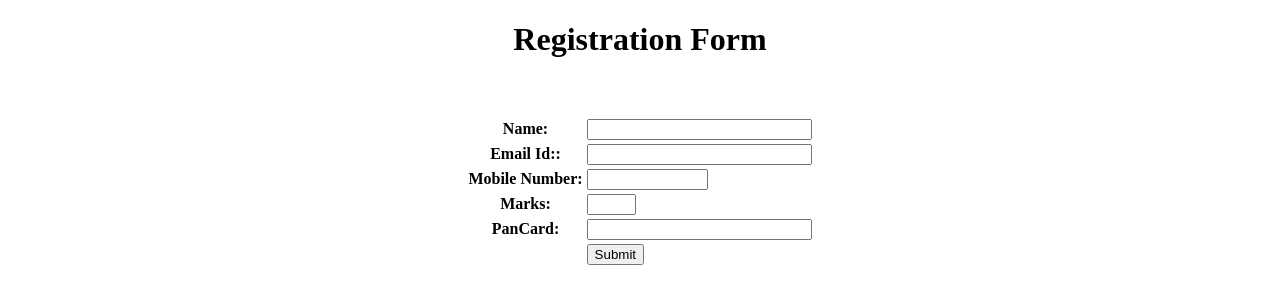
Repository: poojagupta18/Practice-Java
Page: http://localhost/MyOnlineInterviewProcess/RegistrationPortal.jsp
The author's editor kept a copy of each file at every save. The page is drawn from the files as they stood at one save, then again after the next save.
The browser window is 1280 px wide. The pictures show the whole page.
The page is served by Tomcat 9.

Above is the page before, as saved 2019-12-04 10:48:44.

After the next save:
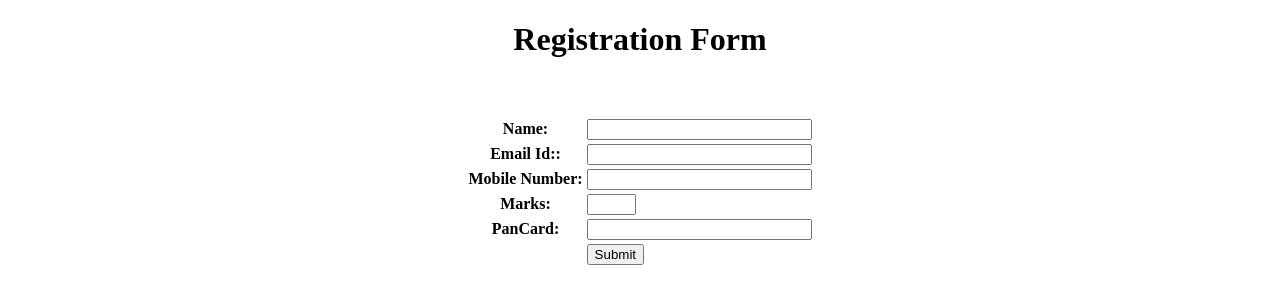
Saved 19 s later.
--- a/java Training/java/Online-Interview-Process/MyOnlineInterviewProcess/WebContent/RegistrationPortal.jsp
+++ b/java Training/java/Online-Interview-Process/MyOnlineInterviewProcess/WebContent/RegistrationPortal.jsp
@@ -26,7 +26,7 @@
 			</tr>
 			<tr>
 				<th>Mobile Number:</th>
-				<td><input type="text" name="mobile" size="12"></td>
+				<td><input type="text" name="mobile" size="25"></td>
 			</tr>
 			<tr>
 				<th>Marks:</th>
